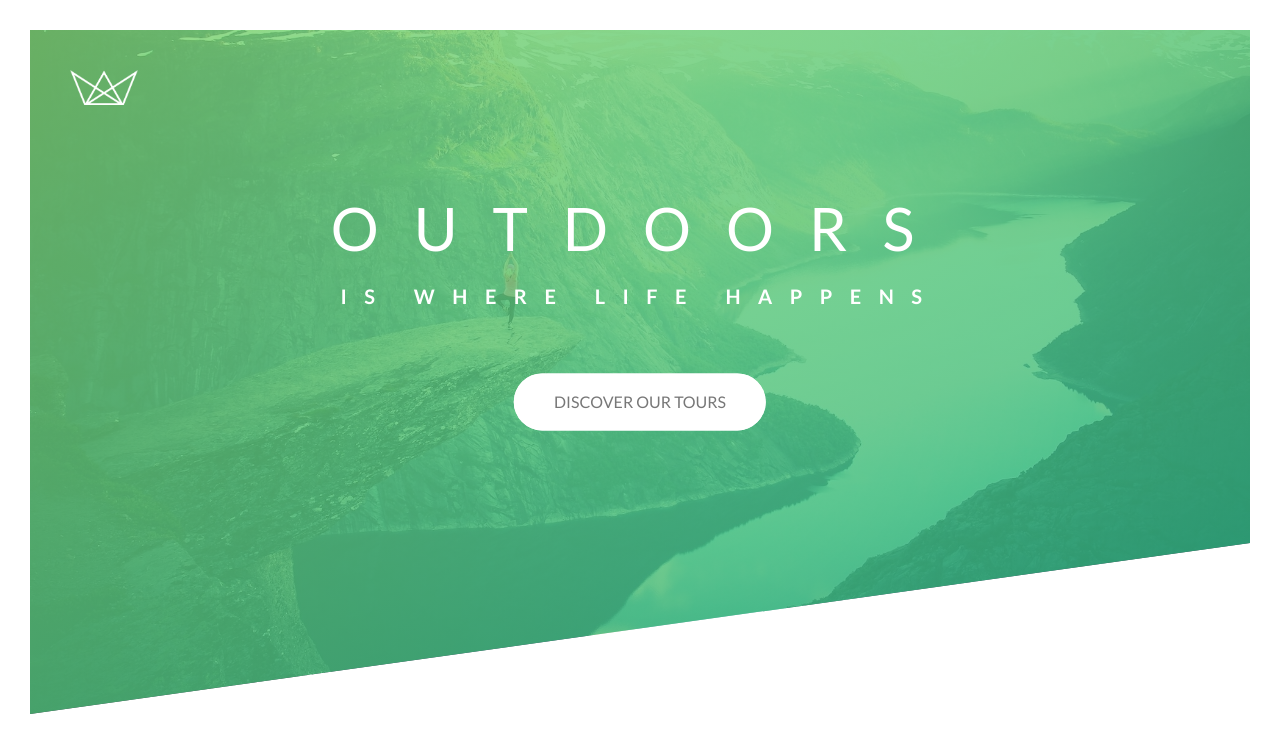
Repository: taivuong95/natours-fe
Page: index.html
An editor plug-in stored every save of this project. The page is shown before and after the next save, followed by the edit.
The browser window is 1280 px wide. The pictures show the whole page.

Above is the page before, as saved 2020-12-09 18:17:24.

After the next save:
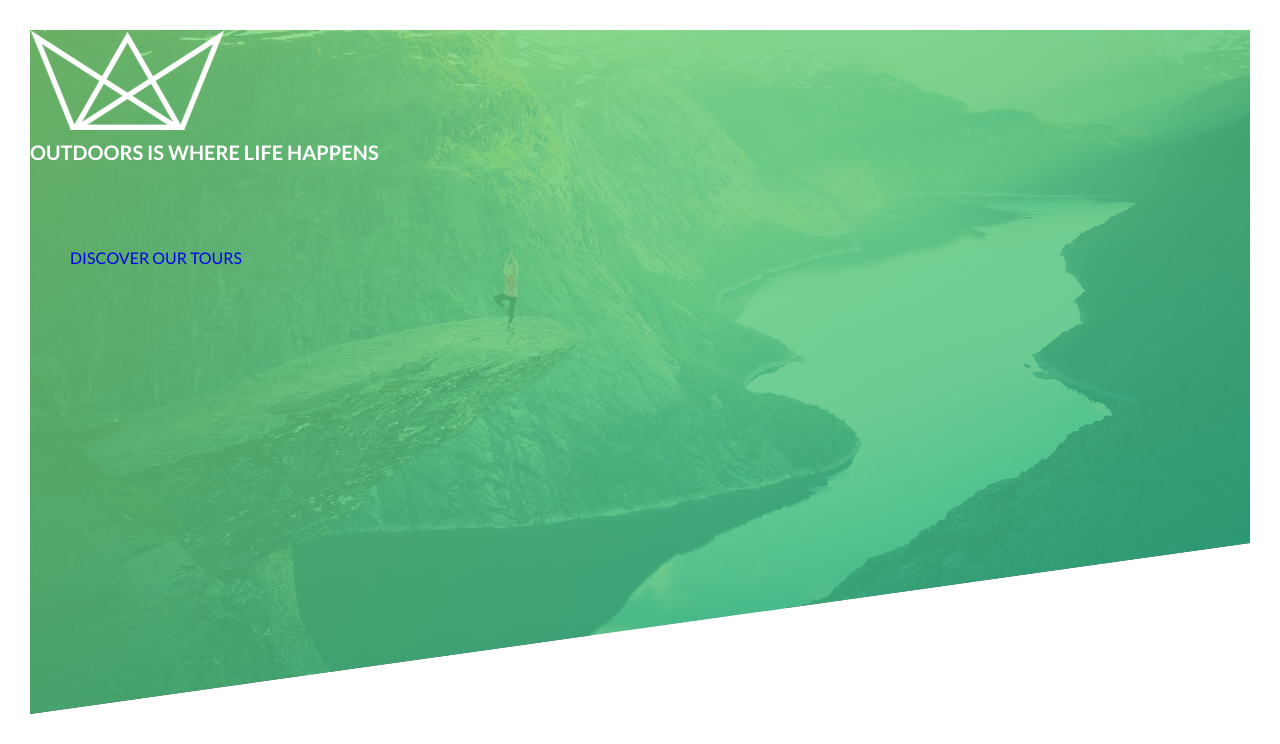
Saved 2 h 11 min later.
--- a/index.html
+++ b/index.html
@@ -14,15 +14,15 @@
     </head>
     <body>
         <header class="header">
-           <div class="logo-box">
-               <img src="img/logo-white.png" alt="" class="logo">
+           <div class="header__logo-box">
+               <img src="img/logo-white.png" alt="" class="header__logo">
            </div>
-           <div class="text-box">
+           <div class="header__text-box">
             <h1 class="heading-primary">
-                <span class="heading-primary-main">Outdoors</span>
-                <span class="heading-primary-sub">is where life happens</span>
+                <span class="heading-primary--main">Outdoors</span>
+                <span class="heading-primary--sub">is where life happens</span>
             </h1>
-            <a href="#" class="btn btn-white btn-animated">Discover our tours</a>
+            <a href="#" class="btn btn--white btn--animated">Discover our tours</a>
            </div>
         </header>
 

After the save that followed:
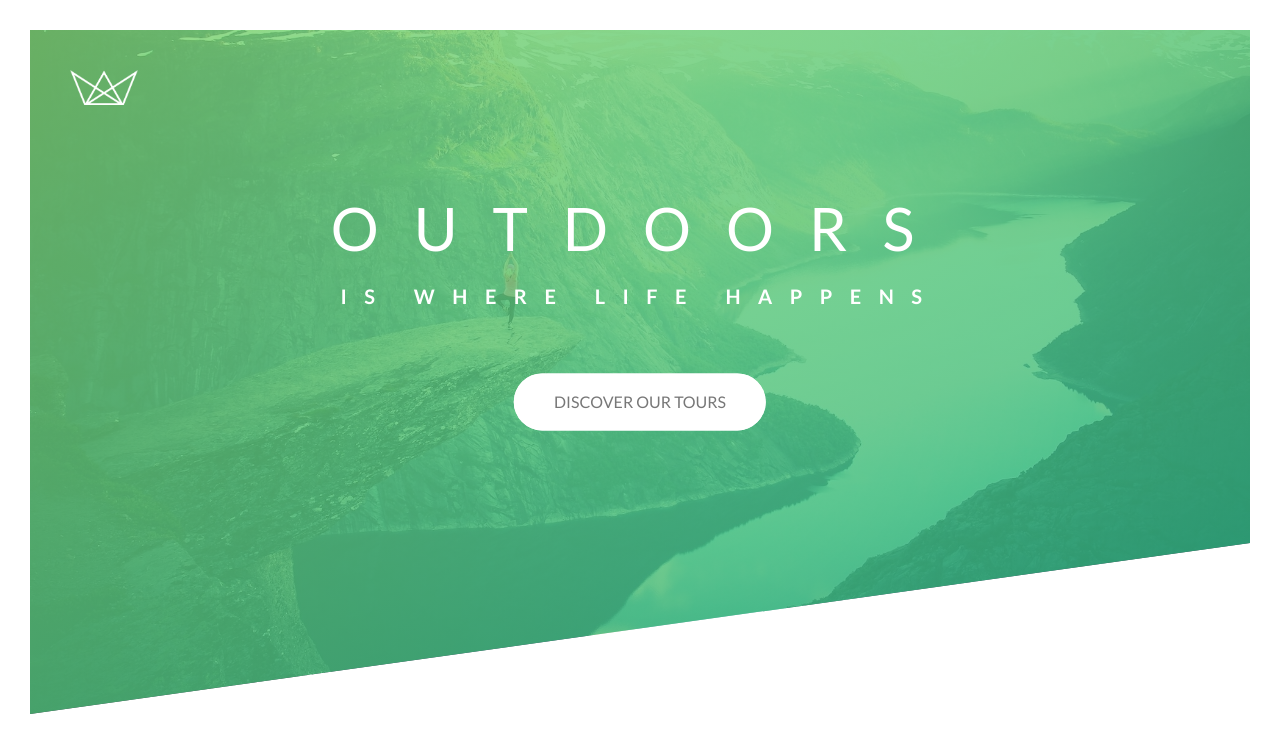
Saved 72 s later.
--- a/css/style.css
+++ b/css/style.css
@@ -44,17 +44,17 @@ body {
   position: relative;
 }
 
-.logo-box {
+.header__logo-box {
   position: absolute;
   top: 4rem;
   left: 4rem;
 }
 
-.logo {
+.header__logo {
   height: 3.5rem;
 }
 
-.text-box {
+.header__text-box {
   position: absolute;
   top: 40%;
   left: 50%;
@@ -70,7 +70,7 @@ body {
   margin-bottom: 6rem;
 }
 
-.heading-primary-main {
+.heading-primary--main {
   display: block;
   font-size: 6rem;
   font-weight: 400;
@@ -84,7 +84,7 @@ body {
   /* animation-delay: 3s; */
 }
 
-.heading-primary-sub {
+.heading-primary--sub {
   display: block;
   font-size: 2rem;
   font-weight: 700;
@@ -154,7 +154,7 @@ body {
   box-shadow: 0 0.5rem 1rem rgba(0, 0, 0, 0.2);
 }
 
-.btn-white {
+.btn--white {
   background-color: #fff;
   color: #777;
 }
@@ -172,7 +172,7 @@ body {
   transition: all 0.4s;
 }
 
-.btn-white::after {
+.btn--white::after {
   background-color: #fff;
 }
 
@@ -181,7 +181,7 @@ body {
   opacity: 0;
 }
 
-.btn-animated {
+.btn--animated {
   animation: moveInBottom 0.5s ease-out 0.75s;
   animation-fill-mode: backwards;
 }
